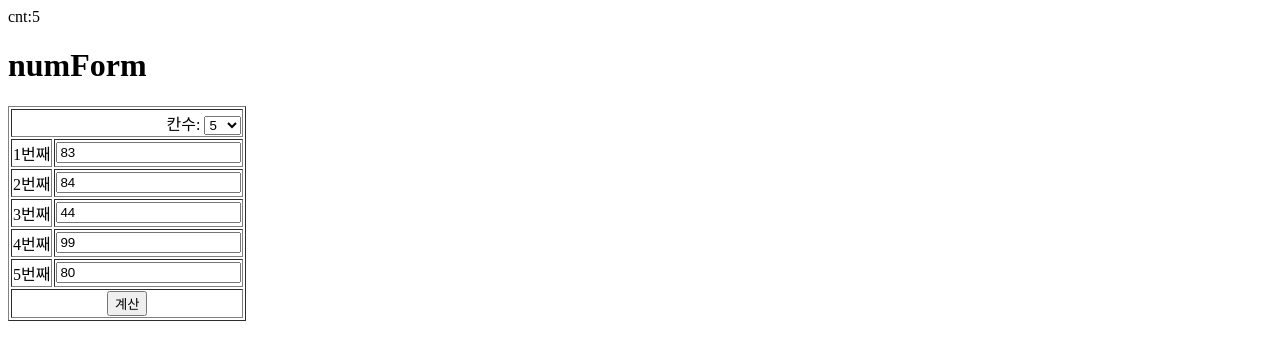
Repository: hjh5217/newJSP
Page: http://localhost/jspProj/request/numForm.jsp
The author's editor kept a copy of each file at every save. The page is drawn from the files as they stood at one save, then again after the next save.
The browser window is 1280 px wide. The pictures show the whole page.
The page is served by Tomcat 9.

Above is the page before, as saved 2023-07-27 07:51:51.

After the next save:
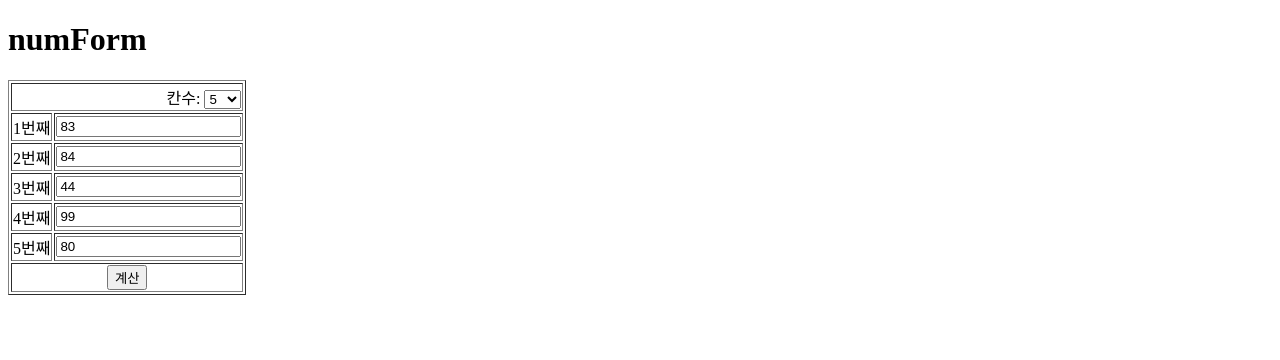
Saved 4 s later.
--- a/jspProj/src/main/webapp/request/numForm.jsp
+++ b/jspProj/src/main/webapp/request/numForm.jsp
@@ -21,7 +21,6 @@
 </script>
 </head>
 <body>
-cnt:<%=cnt %>
 	<h1>numForm</h1>
 	<form action="numReg.jsp" name="qwer">
 		<table border="">
